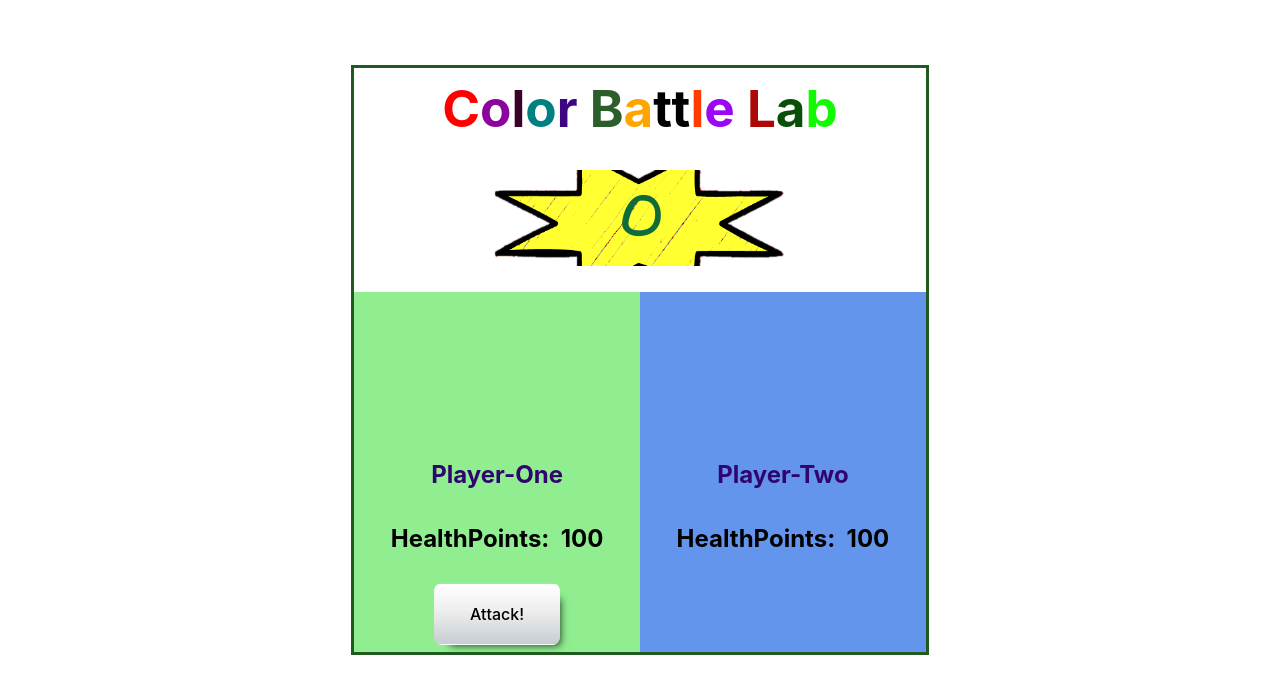
Repository: RAWdevX21/color-battle_lab-build
Page: /
These files come from the project's save history. The page is drawn as it stood at one moment and after the next save; the edit follows.
The browser window is 1280 px wide. The pictures show the whole page.
Some web fonts or font styles are not loaded; a fallback is used. The project was rebuilt for these pictures with package versions that can differ from the ones it lists, and the page was loaded fresh each time. Also part of the build but not shown: vite.config.js.

Above is the page before, as saved 2023-08-17 09:35:50.

After the next save:
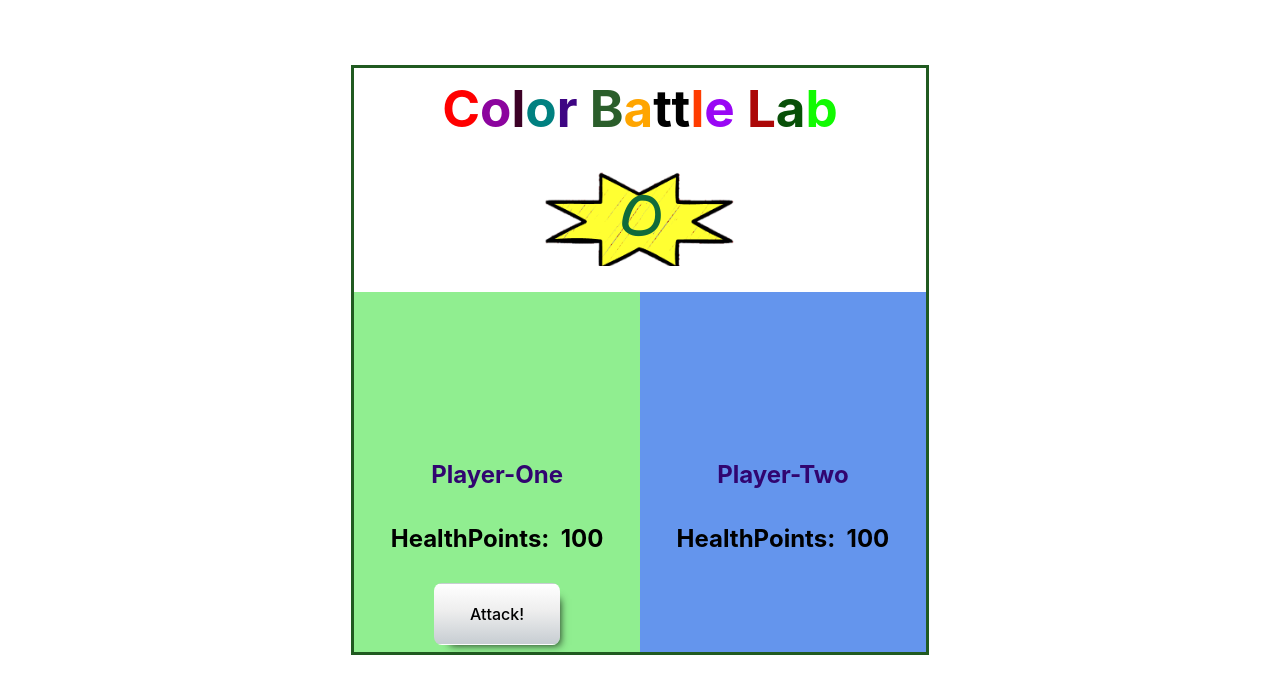
Saved 12 s later.
--- a/src/Components/Die.css
+++ b/src/Components/Die.css
@@ -8,7 +8,7 @@
     font-weight: bold;
     margin: 10px auto;
     background-image: url('../assets/pow.png');
-    background-size: 20rem 20rem;
+    background-size: 13rem 13rem;
     background-position: center;
     background-repeat: no-repeat
 }
